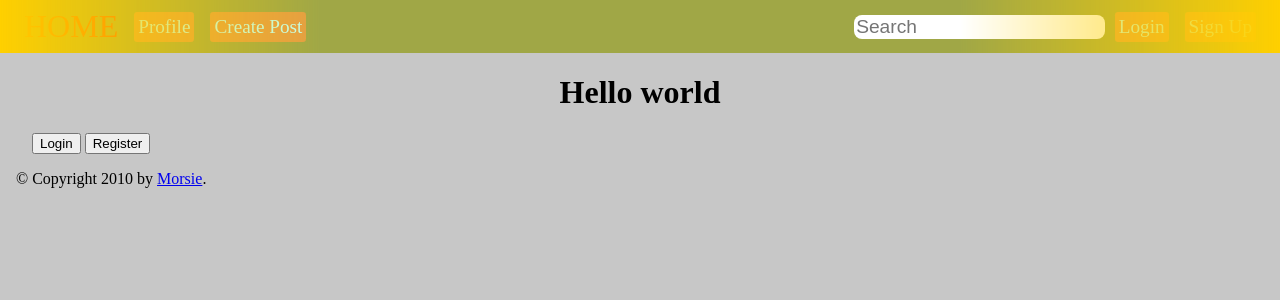
Repository: MorsChen/python-blog
Page: templates/home.html
An editor plug-in stored every save of this project. The page is shown before and after the next save, followed by the edit.
The browser window is 1280 px wide. The pictures show the whole page.
The page is served by the project's application, run on Flask 3 (default.py). The template is opened directly, without the code that normally fills it, so the values that code supplies are empty.

Above is the page before, as saved 2019-09-09 17:18:15.

After the next save:
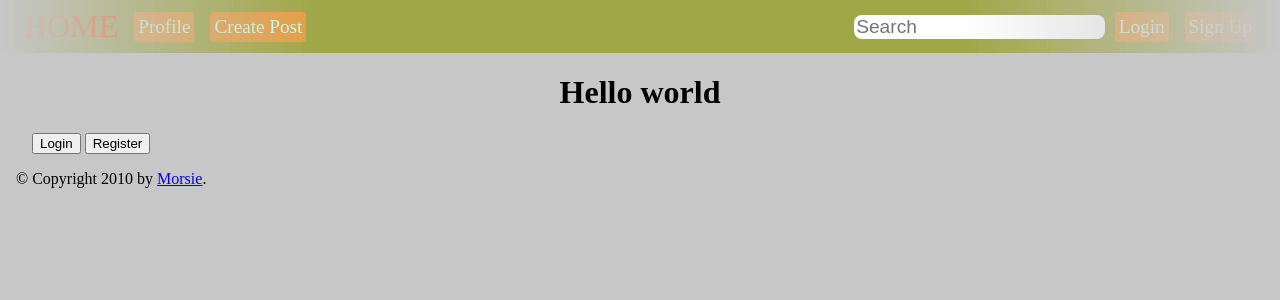
Saved 12 s later.
--- a/static/style.css
+++ b/static/style.css
@@ -5,10 +5,10 @@ body{
 
 .NavBar {
  background-color: rgb(255, 208, 0);
+ mask-image: linear-gradient(90deg, rgba(255, 255, 255, 0) 0%, #ffffff 25%, #ffffff 75%, rgba(255, 255, 255, 0) 100%);
 }
 
 .nav-box-content{
-    mask-image: linear-gradient(90deg, rgba(255, 255, 255, 0) 0%, #ffffff 25%, #ffffff 75%, rgba(255, 255, 255, 0) 100%);
     display: flex;
     position: sticky;
     /* margin: 0.5rem; */
